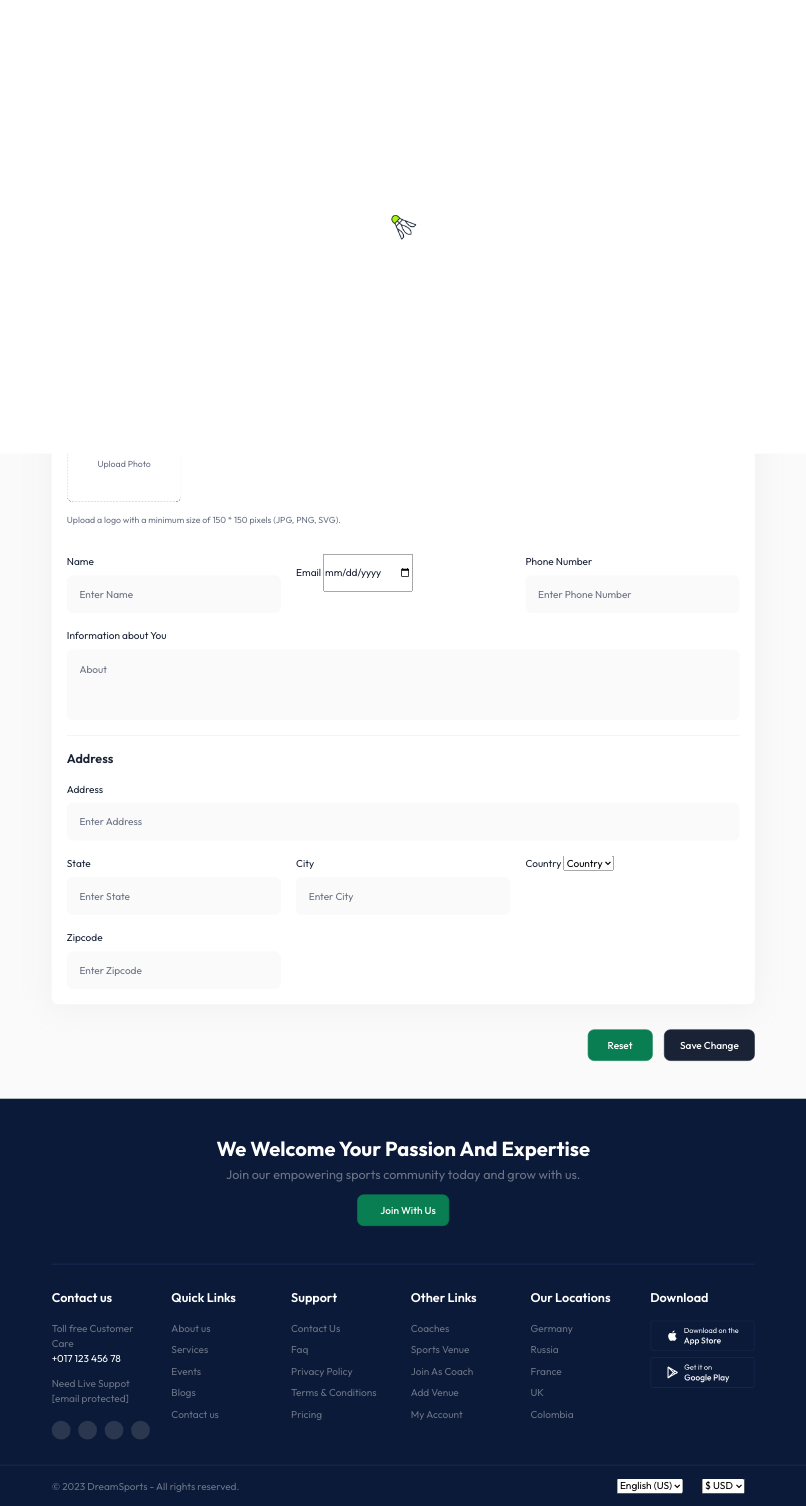
Repository: hedibousbih/front-test
Page: front2/dreamsports.dreamstechnologies.com/html/user-profile.html
The author's editor kept a copy of each file at every save. The page is drawn from the files as they stood at one save, then again after the next save.
The browser window is 1280 px wide. The pictures show the whole page, at 63% of full size.
Pictures or frames that could not be fetched are drawn as grey boxes. Some icons come from a web library that is not loaded, so they are not drawn. Some web fonts or font styles are not loaded; a fallback is used.

Above is the page before, as saved 2024-04-22 18:47:54.

### front2/dreamsports.dreamstechnologies.com/html/user-profile.html
<!DOCTYPE html>
<html lang="en">

<!-- Mirrored from dreamsports.dreamstechnologies.com/html/user-profile.html by HTTrack Website Copier/3.x [XR&CO'2014], Wed, 17 Apr 2024 08:54:47 GMT -->
<head>
<meta charset="utf-8">
<meta name="viewport" content="width=device-width, initial-scale=1.0, user-scalable=0">
<title>DreamSports</title>

<meta name="twitter:description" content="Elevate your badminton business with Dream Sports template. Empower coaches & players, optimize court performance and unlock industry-leading success for your brand.">
<meta http-equiv="X-UA-Compatible" content="IE=edge">
<meta name="viewport" content="width=device-width, initial-scale=1">
<meta name="description" content="Elevate your badminton business with Dream Sports template. Empower coaches & players, optimize court performance and unlock industry-leading success for your brand.">
<meta name="keywords" content="badminton, coaching, event, players, training, courts, tournament, athletes, courts rent, lessons, court booking, stores, sports faqs, leagues, chat, wallet, invoice">
<meta name="author" content="Dreamguys - DreamSports">
<meta name="twitter:card" content="summary_large_image">
<meta name="twitter:site" content="@dreamguystech">
<meta name="twitter:title" content="DreamSports -  Booking Coaches, Venue for tournaments, Court Rental template">
<meta name="twitter:image" content="assets/img/meta-image.jpg">
<meta name="twitter:image:alt" content="DreamSports">
<meta property="og:url" content="https://dreamsports.dreamguystech.com/">
<meta property="og:title" content="DreamSports -  Booking Coaches, Venue for tournaments, Court Rental template">
<meta property="og:description" content="Elevate your badminton business with Dream Sports template. Empower coaches & players, optimize court performance and unlock industry-leading success for your brand.">
<meta property="og:image" content="../assets/img/meta-image.jpg">
<meta property="og:image:secure_url" content="assets/img/meta-image.jpg">
<meta property="og:image:type" content="image/png">
<meta property="og:image:width" content="1200">
<meta property="og:image:height" content="600">
<link rel="shortcut icon" type="image/x-icon" href="assets/img/favicon.png">
<link rel="apple-touch-icon" sizes="120x120" href="assets/img/apple-touch-icon-120x120.png">
<link rel="apple-touch-icon" sizes="152x152" href="assets/img/apple-touch-icon-152x152.png">

<link rel="stylesheet" href="assets/css/bootstrap.min.css">

<link rel="stylesheet" href="assets/plugins/fontawesome/css/fontawesome.min.css">
<link rel="stylesheet" href="assets/plugins/fontawesome/css/all.min.css">

<link rel="stylesheet" href="assets/plugins/select2/css/select2.min.css">

<link rel="stylesheet" href="assets/css/feather.css">

<link rel="stylesheet" href="assets/css/style.css">
</head>
<body>
<div id="global-loader">
<div class="loader-img">
<img src="assets/img/loader.png" class="img-fluid" alt="Global">
</div>
</div>

<div class="main-wrapper">

<header class="header header-sticky">
<div class="container-fluid">
<nav class="navbar navbar-expand-lg header-nav">
<div class="navbar-header">
<a id="mobile_btn" href="javascript:void(0);">
<span class="bar-icon">
<span></span>
<span></span>
<span></span>
</span>
</a>
<a href="index.html" class="navbar-brand logo">
<img src="assets/img/logo-black.svg" class="img-fluid" alt="Logo">
</a>
</div>
<div class="main-menu-wrapper">
<div class="menu-header">
<a href="index.html" class="menu-logo">
<img src="assets/img/logo-black.svg" class="img-fluid" alt="Logo">
</a>
<a id="menu_close" class="menu-close" href="javascript:void(0);"> <i class="fas fa-times"></i></a>
</div>
<ul class="main-nav">
<li><a href="index.html">Home</a></li>
<li class="has-submenu ">
<a href="#">Coaches <i class="fas fa-chevron-down"></i></a>
<ul class="submenu">
<li class="has-submenu">
<a href="#">Coaches Map</a>
<ul class="submenu inner-submenu">
<li><a href="coaches-map.html">Coaches Map</a></li>
<li><a href="coaches-map-sidebar.html">Coaches Map Sidebar</a></li>
</ul>
</li>
<li><a href="coaches-grid.html">Coaches Grid</a></li>
<li><a href="coaches-list.html">Coaches List</a></li>
<li><a href="coaches-grid-sidebar.html">Coaches Grid Sidebar</a></li>
<li><a href="coaches-list-sidebar.html">Coaches List Sidebar</a></li>
<li class="has-submenu">
<a href="javascript:void(0);">Booking</a>
<ul class="submenu">
<li><a href="cage-details.html">Book a Court</a></li>
<li><a href="coach-details.html">Book a Coach</a></li>
</ul>
</li>
<li><a href="coach-detail.html">Coach Details</a></li>
<li class="has-submenu">
<a href="#">Venue</a>
<ul class="submenu inner-submenu">
<li><a href="listing-list.html">Venue List</a></li>
<li><a href="venue-details.html">Venue Details</a></li>
</ul>
</li>
<li><a href="coach-dashboard.html">Coach Dashboard</a></li>
<li><a href="all-court.html">Coach Courts</a></li>
<li><a href="add-court.html">List Your Court</a></li>
<li><a href="coach-chat.html">Chat</a></li>
<li><a href="coach-earning.html">Earnings</a></li>
<li><a href="coach-wallet.html">Wallet</a></li>
<li><a href="coach-profile.html">Profile Settings</a></li>
<li><a href="invoice.html">Invoice</a></li>
</ul>
</li>
<li class="has-submenu active">
<a href="#">User <i class="fas fa-chevron-down"></i></a>
<ul class="submenu">
<li><a href="user-dashboard.html">User Dashboard</a></li>
<li><a href="user-bookings.html">Bookings</a></li>
<li><a href="user-chat.html">Chat</a></li>
<li><a href="user-invoice.html">Invoice</a></li>
<li><a href="user-wallet.html">Wallet</a></li>
<li class="active"><a href="user-profile.html">Profile Edit</a></li>
<li><a href="user-setting-password.html">Change Password</a></li>
<li><a href="user-profile-othersetting.html">Other Settings</a></li>
</ul>
</li>
<li class="has-submenu">
<a href="#">Pages <i class="fas fa-chevron-down"></i></a>
<ul class="submenu">
<li><a href="about-us.html">About Us</a></li>
<li><a href="services.html">Services</a></li>
<li><a href="events.html">Events</a></li>
<li class="has-submenu">
<a href="javascript:void(0);">Authentication</a>
<ul class="submenu">
<li><a href="register.html">Signup</a></li>
<li><a href="login.html">Signin</a></li>
<li><a href="forgot-password.html">Forgot Password</a></li>
<li><a href="change-password.html">Reset Password</a></li>
</ul>
</li>
<li class="has-submenu">
<a href="javascript:void(0);">Error Page</a>
<ul class="submenu">
<li><a href="error-404.html">404 Error</a></li>
</ul>
</li>
<li><a href="pricing.html">Pricing</a></li>
<li><a href="faq.html">FAQ</a></li>
<li><a href="gallery.html">Gallery</a></li>
<li><a href="our-teams.html">Our Team</a></li>
<li class="has-submenu">
<a href="javascript:void(0);">Testimonials</a>
<ul class="submenu">
<li><a href="testimonials.html">Testimonials</a></li>
<li><a href="testimonials-carousel.html">Testimonials Carousel</a></li>
</ul>
</li>
<li><a href="terms-condition.html">Terms & Conditions</a></li>
<li><a href="privacy-policy.html">Privacy Policy</a></li>
<li><a href="maintenance.html">Maintenance</a></li>
<li><a href="coming-soon.html">Coming Soon</a></li>
</ul>
</li>
<li class="has-submenu">
<a href="#">Blog <i class="fas fa-chevron-down"></i></a>
<ul class="submenu">
<li><a href="blog-list.html">Blog List</a></li>
<li class="has-submenu">
<a href="javascript:void(0);">Blog List Sidebar</a>
<ul class="submenu">
<li><a href="blog-list-sidebar-left.html">Blog List Sidebar Left</a></li>
<li><a href="blog-list-sidebar-right.html">Blog List Sidebar Right</a></li>
</ul>
</li>
<li><a href="blog-grid.html">Blog Grid</a></li>
<li class="has-submenu">
<a href="javascript:void(0);">Blog Grid Sidebar</a>
<ul class="submenu">
<li><a href="blog-grid-sidebar-left.html">Blog Grid Sidebar Left</a></li>
<li><a href="blog-grid-sidebar-right.html">Blog Grid Sidebar Right</a></li>
</ul>
</li>
<li><a href="blog-details.html">Blog Details</a></li>
<li class="has-submenu">
<a href="javascript:void(0);">Blog Details Sidebar</a>
<ul class="submenu">
<li><a href="blog-details-sidebar-left.html">Blog Detail Sidebar Left</a></li>
<li><a href="blog-details-sidebar-right.html">Blog Detail Sidebar Right</a></li>
</ul>
</li>
<li><a href="blog-carousel.html">Blog Carousel</a></li>
</ul>
</li>
<li><a href="contact-us.html">Contact Us</a></li>
<li class="login-link">
<a href="register.html">Sign Up</a>
</li>
<li class="login-link">
<a href="login.html">Sign In</a>
</li>
</ul>
</div>
<ul class="nav header-navbar-rht logged-in">
<li class="nav-item">
<a class="nav-link" href="coaches-grid.html"><i class="feather-search"></i></a>
</li>

<li class="nav-item dropdown noti-nav">
<a href="listing-grid.html" class="dropdown-toggle nav-link position-relative" data-bs-toggle="dropdown">
<i class="feather-bell"></i> <span class="alert-bg"></span>
</a>
<div class="dropdown-menu notifications dropdown-menu-end ">
<div class="topnav-dropdown-header">
<span class="notification-title">Notifications</span>
</div>
<div class="noti-content">
<ul class="notification-list">
<li class="notification-message">
<a href="#">
<div class="media d-flex">
<span class="avatar">
<img class="avatar-img" src="assets/img/profiles/avatar-01.jpg" alt="User">
</span>
<div class="media-body">
<h6>Travis Tremble <span class="notification-time">18.30 PM</span></h6>
<p class="noti-details">Sent a amount of $210 for his Appointment <span class="noti-title">Mr.Ruby perin </span></p>
</div>
</div>
</a>
</li>
<li class="notification-message">
<a href="#">
<div class="media d-flex">
<span class="avatar">
<img class="avatar-img" src="assets/img/profiles/avatar-02.jpg" alt="User">
</span>
<div class="media-body">
<h6>Travis Tremble <span class="notification-time">12 Min Ago</span></h6>
<p class="noti-details"> has booked her appointment to <span class="noti-title">Mr. Hendry Watt</span></p>
</div>
</div>
</a>
</li>
<li class="notification-message">
<a href="#">
<div class="media d-flex">
<div class="avatar">
<img class="avatar-img" src="assets/img/profiles/avatar-03.jpg" alt="User">
</div>
<div class="media-body">
<h6>Travis Tremble <span class="notification-time">6 Min Ago</span></h6>
<p class="noti-details"> Sent a amount $210 for his Appointment <span class="noti-title">Mr.Maria Dyen</span></p>
</div>
</div>
</a>
</li>
<li class="notification-message">
<a href="#">
<div class="media d-flex">
<div class="avatar avatar-sm">
<img class="avatar-img" src="assets/img/profiles/avatar-04.jpg" alt="User">
</div>
<div class="media-body">
<h6>Travis Tremble <span class="notification-time">8.30 AM</span></h6>
<p class="noti-details"> Send a message to his doctor</p>
</div>
</div>
</a>
</li>
</ul>
</div>
</div>
</li>


<li class="nav-item dropdown has-arrow logged-item">
<a href="#" class="dropdown-toggle nav-link" data-bs-toggle="dropdown">
<span class="user-img">
<img class="rounded-circle" src="assets/img/profiles/avatar-05.jpg" width="31" alt="Darren Elder">
</span>
</a>
<div class="dropdown-menu dropdown-menu-end">
<div class="user-header">
<div class="avatar avatar-sm">
<img src="assets/img/profiles/avatar-05.jpg" alt="User" class="avatar-img rounded-circle">
</div>
<div class="user-text">
<h6>Henriques</h6>
<a href="user-profile.html" class="text-profile mb-0">Go to Profile</a>
</div>
</div>
<p><a class="dropdown-item" href="coach-profile.html">Settings</a></p>
<p><a class="dropdown-item" href="login.html">Logout</a></p>
</div>
</li>

</ul>
</nav>
</div>
</header>


<section class="breadcrumb breadcrumb-list mb-0">
<span class="primary-right-round"></span>
<div class="container">
<h1 class="text-white">User Profile</h1>
<ul>
<li><a href="index.html">Home</a></li>
<li>User Profile</li>
</ul>
</div>
</section>


<div class="dashboard-section">
<div class="container">
<div class="row">
<div class="col-lg-12">
<div class="dashboard-menu">
<ul>
<li>
<a href="user-dashboard.html">
<img src="assets/img/icons/dashboard-icon.svg" alt="Icon">
<span>Dashboard</span>
</a>
</li>
<li>
<a href="user-bookings.html">
<img src="assets/img/icons/booking-icon.svg" alt="Icon">
<span>My Bookings</span>
</a>
</li>
<li>
<a href="user-chat.html">
<img src="assets/img/icons/chat-icon.svg" alt="Icon">
<span>Chat</span>
</a>
</li>
<li>
<a href="user-invoice.html">
<img src="assets/img/icons/invoice-icon.svg" alt="Icon">
<span>Invoices</span>
</a>
</li>
<li>
<a href="user-wallet.html">
<img src="assets/img/icons/wallet-icon.svg" alt="Icon">
<span>Wallet</span>
</a>
</li>
<li>
<a href="user-profile.html" class="active">
<img src="assets/img/icons/profile-icon.svg" alt="Icon">
<span>Profile Setting</span>
</a>
</li>
</ul>
</div>
</div>
</div>
</div>
</div>


<div class="content court-bg">
<div class="container">
<div class="coach-court-list profile-court-list">
<ul class="nav">
<li><a class="active" href="user-profile.html">Profile</a></li>
<li><a href="user-setting-password.html">Change Password</a></li>
<li><a href="user-profile-othersetting.html">Other Settings</a></li>
</ul>
</div>
<div class="row">
<div class="col-sm-12">
<div class="profile-detail-group">
<div class="card ">
<form>
<div class="row">
<div class="col-md-12">
<div class="file-upload-text">
<div class="file-upload">
<img src="assets/img/icons/img-icon.svg" class="img-fluid" alt="Upload">
<p>Upload Photo</p>
<span>
<i class="feather-edit-3"></i>
<input type="file" id="file-input">
</span>
</div>
<h5>Upload a logo with a minimum size of 150 * 150 pixels (JPG, PNG, SVG).</h5>
</div>
</div>
<div class="col-lg-4 col-md-6">
<div class="input-space">
<label class="form-label">Name</label>
<input type="text" class="form-control" id="name" placeholder="Enter Name">
</div>
</div>
<div class="col-lg-4 col-md-6">
<div class="input-space">
<label class="form-label">Email</label>
<input type="date" class="date " id="email" placeholder="Enter Email Address">
</div>
</div>
<div class="col-lg-4 col-md-6">
<div class="input-space">
<label class="form-label">Phone Number</label>
<input type="text" class="form-control" id="phone" placeholder="Enter Phone Number">
</div>
</div>
<div class="col-lg-12 col-md-12">
<div class="info-about">
<label for="comments" class="form-label">Information about You</label>
<textarea class="form-control" id="comments" rows="3" placeholder="About"></textarea>
</div>
</div>
<div class="address-form-head">
<h4>Address</h4>
</div>
<div class="col-lg-12 col-md-12">
<div class="input-space">
<label class="form-label">Address</label>
<input type="text" class="form-control" id="address" placeholder="Enter Address">
</div>
</div>
<div class="col-lg-4 col-md-6">
<div class="input-space">
<label class="form-label">State</label>
<input type="text" class="form-control" id="state" placeholder="Enter State">
</div>
</div>
<div class="col-lg-4 col-md-6">
<div class="input-space">
<label class="form-label">City</label>
<input type="text" class="form-control" id="city" placeholder="Enter City">
</div>
</div>
<div class="col-lg-4 col-md-4">
<div class="input-space">
<label class="form-label">Country</label>
<select class="select">
<option>Country</option>
<option>Texas</option>
</select>
</div>
</div>
<div class="col-lg-4 col-md-6">
<div class="input-space mb-0">
<label class="form-label">Zipcode</label>
<input type="text" class="form-control" id="zipcode" placeholder="Enter Zipcode">
</div>
</div>
</div>
</form>
</div>
<div class="save-changes text-end">
<a href="javascript:;" class="btn btn-primary reset-profile">Reset</a>
<a href="javascript:;" class="btn btn-secondary save-profile">Save Change</a>
</div>
</div>
</div>
</div>
</div>
</div>


<footer class="footer">
<div class="container">

<div class="footer-join">
<h2>We Welcome Your Passion And Expertise</h2>
<p class="sub-title">Join our empowering sports community today and grow with us.</p>
<a href="register.html" class="btn btn-primary"><i class="feather-user-plus"></i> Join With Us</a>
</div>


<div class="footer-top">
<div class="row">
<div class="col-lg-2 col-md-6">

<div class="footer-widget footer-menu">
<h4 class="footer-title">Contact us</h4>
<div class="footer-address-blk">
<div class="footer-call">
<span>Toll free Customer Care</span>
<p>+017 123 456 78</p>
</div>
<div class="footer-call">
<span>Need Live Suppot</span>
<p><a href="https://dreamsports.dreamstechnologies.com/cdn-cgi/l/email-protection" class="__cf_email__" data-cfemail="f2968097939f81829d808681b2978a939f829e97dc919d9f">[email&#160;protected]</a></p>
</div>
</div>
<div class="social-icon">
<ul>
<li>
<a href="javascript:void(0);" class="facebook"><i class="fab fa-facebook-f"></i> </a>
</li>
<li>
<a href="javascript:void(0);" class="twitter"><i class="fab fa-twitter"></i> </a>
</li>
<li>
<a href="javascript:void(0);" class="instagram"><i class="fab fa-instagram"></i></a>
</li>
<li>
<a href="javascript:void(0);" class="linked-in"><i class="fab fa-linkedin-in"></i></a>
</li>
</ul>
</div>
</div>

</div>
<div class="col-lg-2 col-md-6">

<div class="footer-widget footer-menu">
<h4 class="footer-title">Quick Links</h4>
<ul>
<li>
<a href="about-us.html">About us</a>
</li>
<li>
<a href="services.html">Services</a>
</li>
<li>
<a href="events.html">Events</a>
</li>
<li>
<a href="blog-grid.html">Blogs</a>
</li>
<li>
<a href="contact-us.html">Contact us</a>
</li>
</ul>
</div>

</div>
<div class="col-lg-2 col-md-6">

<div class="footer-widget footer-menu">
<h4 class="footer-title">Support</h4>
<ul>
<li>
<a href="contact-us.html">Contact Us</a>
</li>
<li>
<a href="faq.html">Faq</a>
</li>
<li>
<a href="privacy-policy.html">Privacy Policy</a>
</li>
<li>
<a href="terms-condition.html">Terms & Conditions</a>
</li>
<li>
<a href="pricing.html">Pricing</a>
</li>
</ul>
</div>

</div>
<div class="col-lg-2 col-md-6">

<div class="footer-widget footer-menu">
<h4 class="footer-title">Other Links</h4>
<ul>
<li>
<a href="coaches-grid.html">Coaches</a>
</li>
<li>
<a href="listing-grid.html">Sports Venue</a>
</li>
<li>
<a href="coach-details.html">Join As Coach</a>
</li>
<li>
<a href="coaches-map.html">Add Venue</a>
</li>
<li>
<a href="my-profile.html">My Account</a>
</li>
</ul>
</div>

</div>
<div class="col-lg-2 col-md-6">

<div class="footer-widget footer-menu">
<h4 class="footer-title">Our Locations</h4>
<ul>
<li>
<a href="javascript:void(0);">Germany</a>
</li>
<li>
<a href="javascript:void(0);">Russia</a>
</li>
<li>
<a href="javascript:void(0);">France</a>
</li>
<li>
<a href="javascript:void(0);">UK</a>
</li>
<li>
<a href="javascript:void(0);">Colombia</a>
</li>
</ul>
</div>

</div>
<div class="col-lg-2 col-md-6">

<div class="footer-widget footer-menu">
<h4 class="footer-title">Download</h4>
<ul>
<li>
<a href="#"><img src="assets/img/icons/icon-apple.svg" alt="Apple"></a>
</li>
<li>
<a href="#"><img src="assets/img/icons/google-icon.svg" alt="Google"></a>
</li>
</ul>
</div>

</div>
</div>
</div>

</div>

<div class="footer-bottom">
<div class="container">

<div class="copyright">
<div class="row align-items-center">
<div class="col-md-6">
<div class="copyright-text">
<p class="mb-0">&copy; 2023 DreamSports - All rights reserved.</p>
</div>
</div>
<div class="col-md-6">

<div class="dropdown-blk">
<ul class="navbar-nav selection-list">
<li class="nav-item dropdown">
<div class="lang-select">
<span class="select-icon"><i class="feather-globe"></i></span>
<select class="select">
<option>English (US)</option>
<option>UK</option>
<option>Japan</option>
</select>
</div>
</li>
<li class="nav-item dropdown">
<div class="lang-select">
<span class="select-icon"></span>
<select class="select">
<option>$ USD</option>
<option>$ Euro</option>
</select>
</div>
</li>
</ul>
</div>

</div>
</div>
</div>

</div>
</div>

</footer>

</div>


<script data-cfasync="false" src="../cdn-cgi/scripts/5c5dd728/cloudflare-static/email-decode.min.js"></script><script src="assets/js/jquery-3.7.0.min.js" type="3686ba185b15c1b240a812d7-text/javascript"></script>

<script src="assets/js/bootstrap.bundle.min.js" type="3686ba185b15c1b240a812d7-text/javascript"></script>
<script src="assets/plugins/datatables/jquery.dataTables.min.js" type="3686ba185b15c1b240a812d7-text/javascript"></script>
<script src="assets/plugins/datatables/datatables.min.js" type="3686ba185b15c1b240a812d7-text/javascript"></script>

<script src="assets/plugins/select2/js/select2.min.js" type="3686ba185b15c1b240a812d7-text/javascript"></script>

<script src="assets/js/script.js" type="3686ba185b15c1b240a812d7-text/javascript"></script>
<script src="../cdn-cgi/scripts/7d0fa10a/cloudflare-static/rocket-loader.min.js" data-cf-settings="3686ba185b15c1b240a812d7-|49" defer></script></body>

<!-- Mirrored from dreamsports.dreamstechnologies.com/html/user-profile.html by HTTrack Website Copier/3.x [XR&CO'2014], Wed, 17 Apr 2024 08:54:47 GMT -->
</html>

Loaded but not shown: front2/dreamsports.dreamstechnologies.com/html/assets/css/bootstrap.min.css (library); front2/dreamsports.dreamstechnologies.com/html/assets/plugins/select2/css/select2.min.css (library); front2/dreamsports.dreamstechnologies.com/html/assets/css/style.css (library); front2/dreamsports.dreamstechnologies.com/html/assets/css/feather.css (819 lines, source omitted)

After the next save:
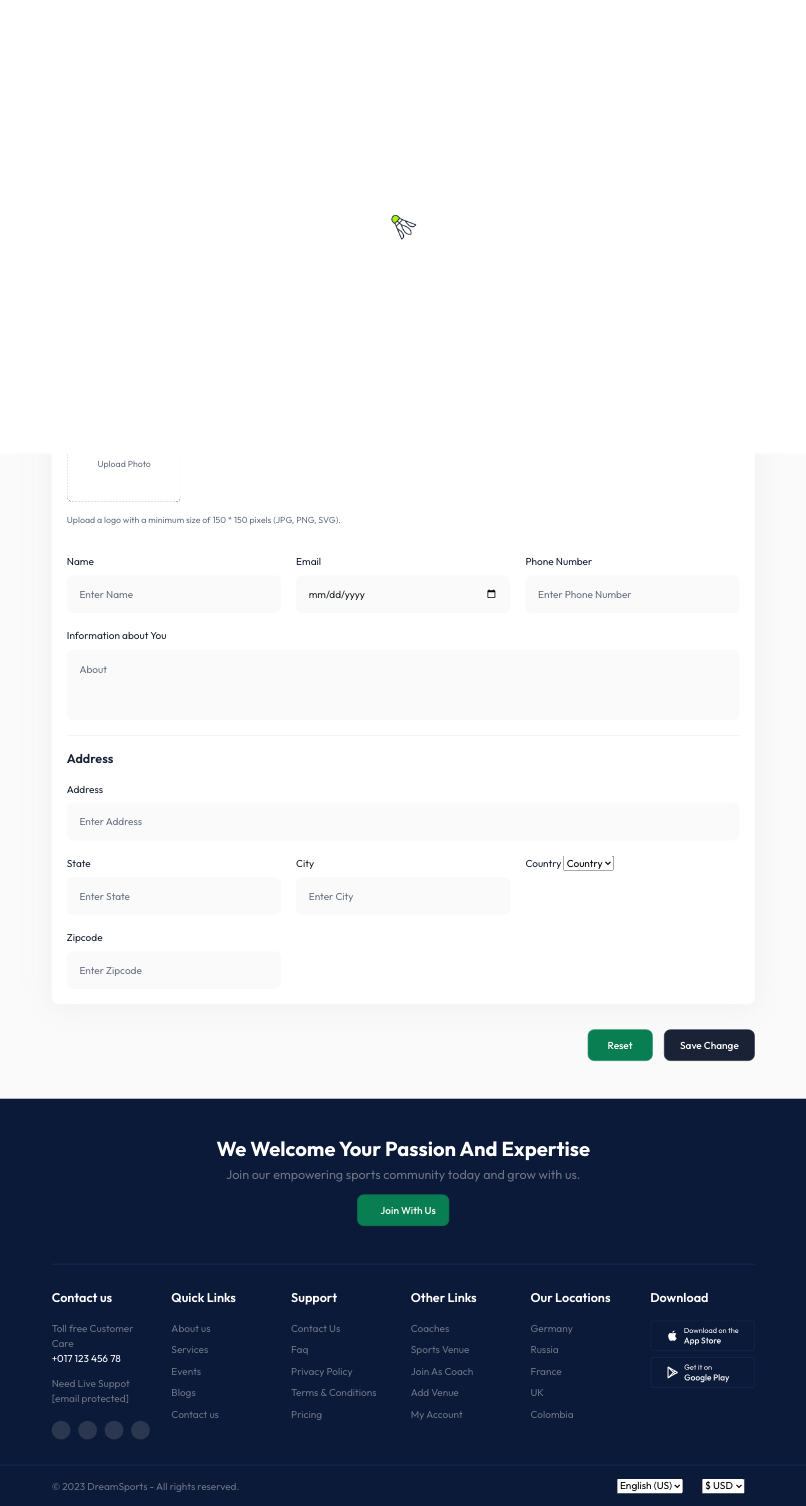
Saved 28 s later.
--- a/front2/dreamsports.dreamstechnologies.com/html/user-profile.html
+++ b/front2/dreamsports.dreamstechnologies.com/html/user-profile.html
@@ -402,7 +402,7 @@
 <div class="col-lg-4 col-md-6">
 <div class="input-space">
 <label class="form-label">Email</label>
-<input type="date" class="date " id="email" placeholder="Enter Email Address">
+<input type="date" class="form-control date " id="email" placeholder="Enter Email Address">
 </div>
 </div>
 <div class="col-lg-4 col-md-6">
